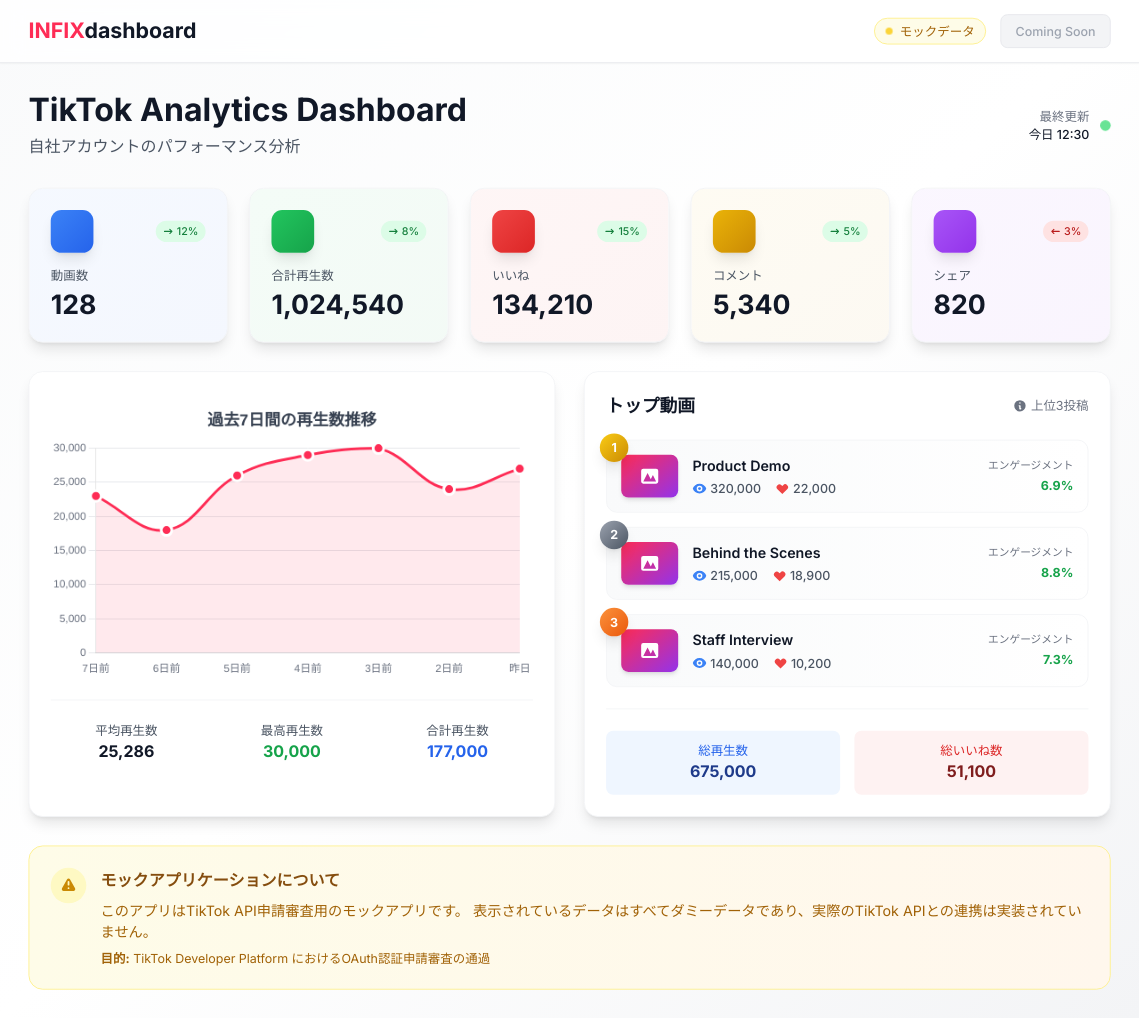
Repository: masayasusuzuki/LogicaMarketingTool
Page: /dashboard
These files come from the project's save history. The page is drawn as it stood at one moment and after the next save; the edit follows.
The browser window is 1280 px wide. The pictures show the whole page, at 89% of full size.
The project was rebuilt for these pictures with package versions that can differ from the ones it lists, and the page was loaded fresh each time. The framework's server and built-in components were replaced by stand-ins that run in the browser. Also part of the build but not shown: next.config.js.

Above is the page before, as saved 2025-08-07 12:31:59.

After the next save:
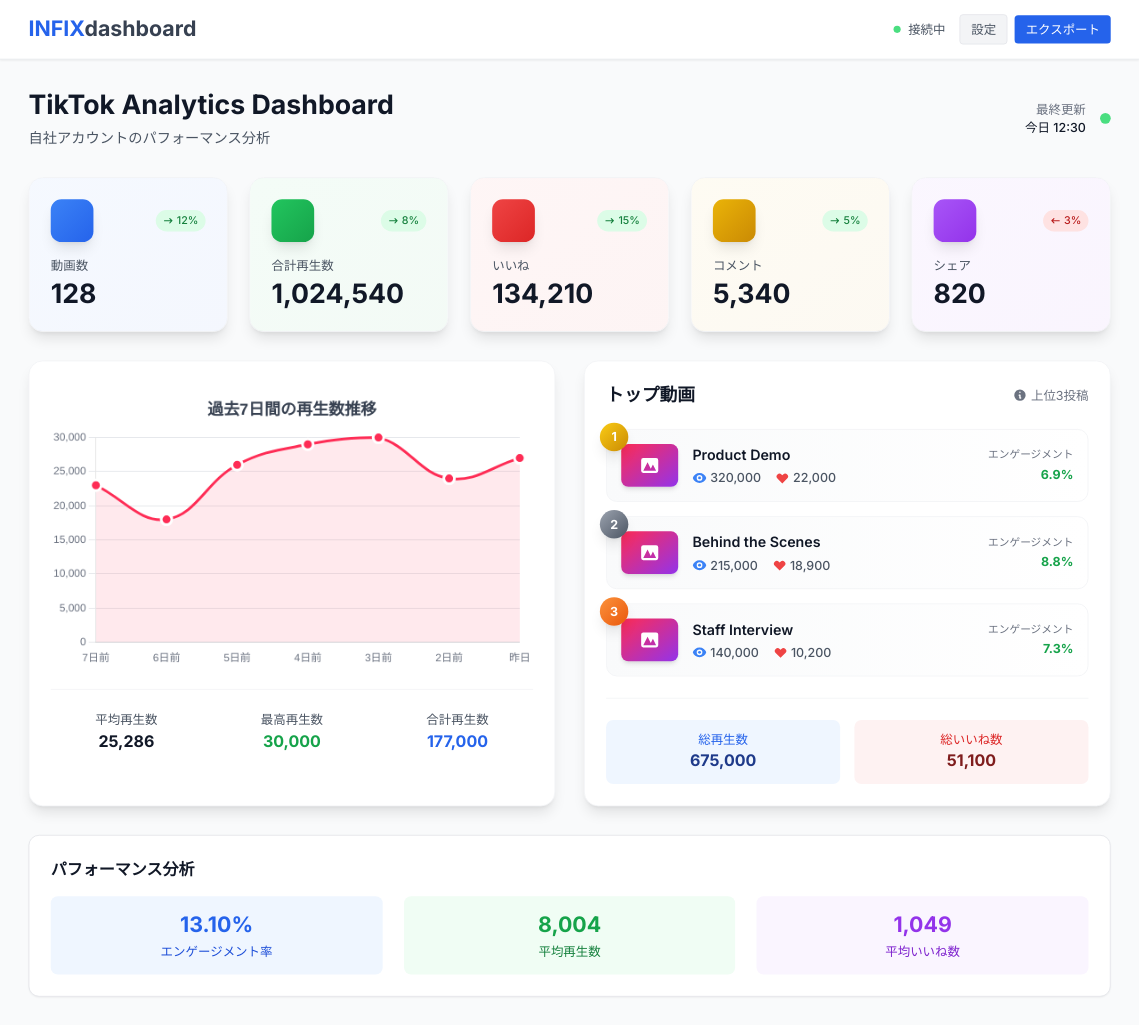
Saved 45 s later.
--- a/src/app/dashboard/page.tsx
+++ b/src/app/dashboard/page.tsx
@@ -8,28 +8,30 @@
 
 export default function Dashboard() {
   return (
-    <div className="min-h-screen bg-gradient-to-br from-gray-50 via-white to-gray-100">
+    <div className="min-h-screen bg-gray-50">
       {/* ヘッダー */}
-      <header className="bg-white/80 backdrop-blur-md shadow-sm border-b border-gray-200 sticky top-0 z-50">
+      <header className="bg-white shadow-sm border-b border-gray-200 sticky top-0 z-50">
         <div className="max-w-7xl mx-auto px-4 sm:px-6 lg:px-8">
           <div className="flex justify-between items-center py-4">
             <div className="flex items-center">
               <Link href="/" className="text-2xl font-bold hover:opacity-80 transition-opacity">
-                <span className="text-tiktok-pink">INFIX</span>
-                <span className="text-gray-900">dashboard</span>
+                <span className="text-blue-600">INFIX</span>
+                <span className="text-gray-700">dashboard</span>
               </Link>
             </div>
             <div className="flex items-center space-x-4">
-              <div className="flex items-center px-3 py-1 bg-yellow-50 border border-yellow-200 rounded-full">
-                <div className="w-2 h-2 bg-yellow-400 rounded-full mr-2 animate-pulse"></div>
-                <span className="text-sm text-yellow-700 font-medium">モックデータ</span>
+              <div className="flex items-center text-sm text-gray-600">
+                <div className="w-2 h-2 bg-green-400 rounded-full mr-2"></div>
+                接続中
               </div>
-              <button
-                disabled
-                className="px-4 py-2 bg-gray-100 text-gray-400 rounded-lg cursor-not-allowed text-sm font-medium border border-gray-200"
-              >
-                Coming Soon
-              </button>
+              <div className="flex items-center space-x-2">
+                <button className="px-3 py-1.5 bg-gray-100 text-gray-600 rounded text-sm font-medium border border-gray-200">
+                  設定
+                </button>
+                <button className="px-3 py-1.5 bg-blue-600 text-white rounded text-sm font-medium hover:bg-blue-700 transition-colors">
+                  エクスポート
+                </button>
+              </div>
             </div>
           </div>
         </div>
@@ -41,15 +43,15 @@
         <div className="mb-8">
           <div className="flex items-center justify-between">
             <div>
-              <h1 className="text-4xl font-bold text-gray-900 mb-2">TikTok Analytics Dashboard</h1>
-              <p className="text-gray-600 text-lg">自社アカウントのパフォーマンス分析</p>
+              <h1 className="text-3xl font-bold text-gray-900 mb-2">TikTok Analytics Dashboard</h1>
+              <p className="text-gray-600">自社アカウントのパフォーマンス分析</p>
             </div>
-            <div className="flex items-center space-x-3">
+            <div className="flex items-center space-x-4">
               <div className="text-right">
                 <p className="text-sm text-gray-500">最終更新</p>
                 <p className="text-sm font-medium text-gray-900">今日 12:30</p>
               </div>
-              <div className="w-3 h-3 bg-green-400 rounded-full animate-pulse"></div>
+              <div className="w-3 h-3 bg-green-400 rounded-full"></div>
             </div>
           </div>
         </div>
@@ -120,29 +122,27 @@
           <TopVideos videos={mockTikTokData.top_videos} />
         </div>
 
-        {/* 注意書き */}
-        <div className="bg-gradient-to-r from-yellow-50 to-orange-50 border border-yellow-200 rounded-2xl p-6">
-          <div className="flex items-start">
-            <div className="flex-shrink-0">
-              <div className="w-10 h-10 bg-yellow-100 rounded-full flex items-center justify-center">
-                <svg className="w-5 h-5 text-yellow-600" fill="currentColor" viewBox="0 0 20 20">
-                  <path fillRule="evenodd" d="M8.257 3.099c.765-1.36 2.722-1.36 3.486 0l5.58 9.92c.75 1.334-.213 2.98-1.742 2.98H4.42c-1.53 0-2.493-1.646-1.743-2.98l5.58-9.92zM11 13a1 1 0 11-2 0 1 1 0 012 0zm-1-8a1 1 0 00-1 1v3a1 1 0 002 0V6a1 1 0 00-1-1z" clipRule="evenodd"/>
-                </svg>
+        {/* 追加の分析セクション */}
+        <div className="bg-white rounded-xl shadow-sm border border-gray-200 p-6">
+          <h3 className="text-lg font-semibold text-gray-900 mb-4">パフォーマンス分析</h3>
+          <div className="grid grid-cols-1 md:grid-cols-3 gap-6">
+            <div className="text-center p-4 bg-blue-50 rounded-lg">
+              <div className="text-2xl font-bold text-blue-600 mb-1">
+                {((mockTikTokData.total_likes / mockTikTokData.total_views) * 100).toFixed(2)}%
               </div>
+              <div className="text-sm text-blue-700 font-medium">エンゲージメント率</div>
             </div>
-            <div className="ml-4">
-              <h3 className="text-lg font-semibold text-yellow-800 mb-2">
-                モックアプリケーションについて
-              </h3>
-              <div className="text-yellow-700">
-                <p className="mb-2">
-                  このアプリはTikTok API申請審査用のモックアプリです。
-                  表示されているデータはすべてダミーデータであり、実際のTikTok APIとの連携は実装されていません。
-                </p>
-                <p className="text-sm">
-                  <strong>目的:</strong> TikTok Developer Platform におけるOAuth認証申請審査の通過
-                </p>
+            <div className="text-center p-4 bg-green-50 rounded-lg">
+              <div className="text-2xl font-bold text-green-600 mb-1">
+                {Math.round(mockTikTokData.total_views / mockTikTokData.total_videos).toLocaleString()}
               </div>
+              <div className="text-sm text-green-700 font-medium">平均再生数</div>
+            </div>
+            <div className="text-center p-4 bg-purple-50 rounded-lg">
+              <div className="text-2xl font-bold text-purple-600 mb-1">
+                {Math.round(mockTikTokData.total_likes / mockTikTokData.total_videos).toLocaleString()}
+              </div>
+              <div className="text-sm text-purple-700 font-medium">平均いいね数</div>
             </div>
           </div>
         </div>
